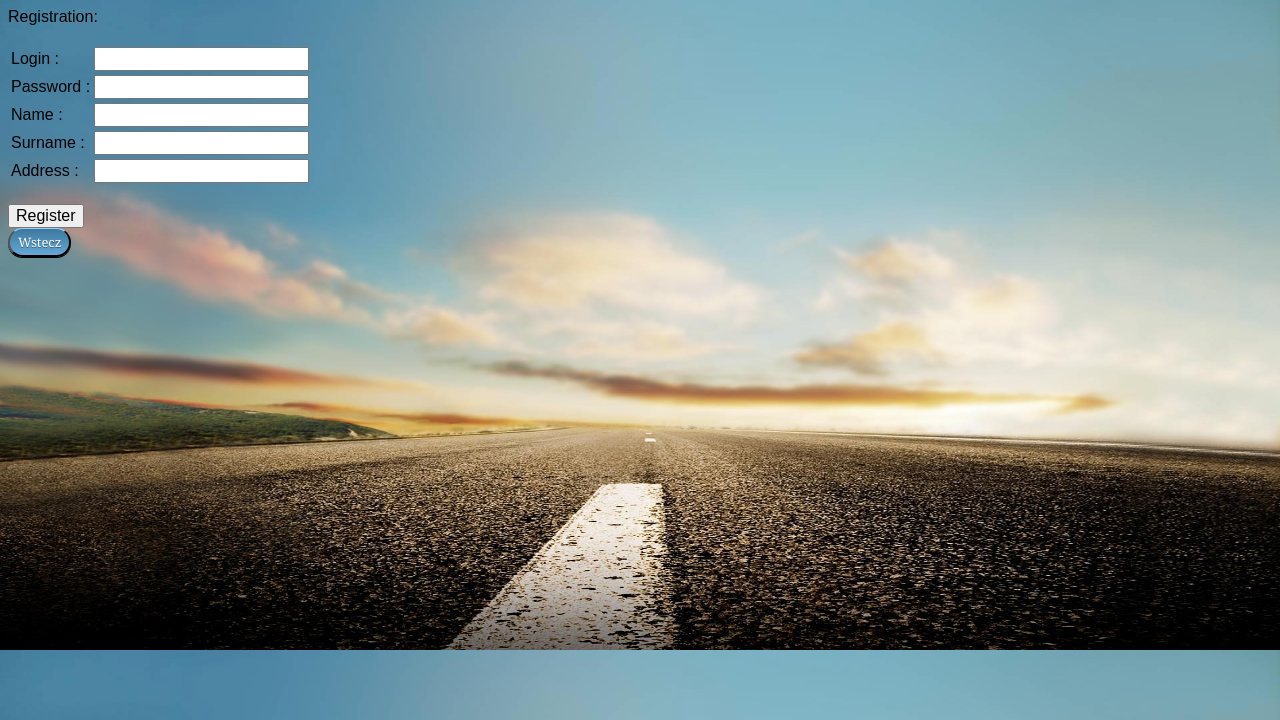
Repository: zlenyk/wrzucak
Page: http://localhost/Shop/registration.html
These files come from the project's save history. The page is drawn as it stood at one moment and after the next save; the edit follows.
The browser window is 1280 px wide. The pictures show the whole page.
The page is served by Tomcat 9.

Above is the page before, as saved 2013-09-25 12:10:36.

After the next save:
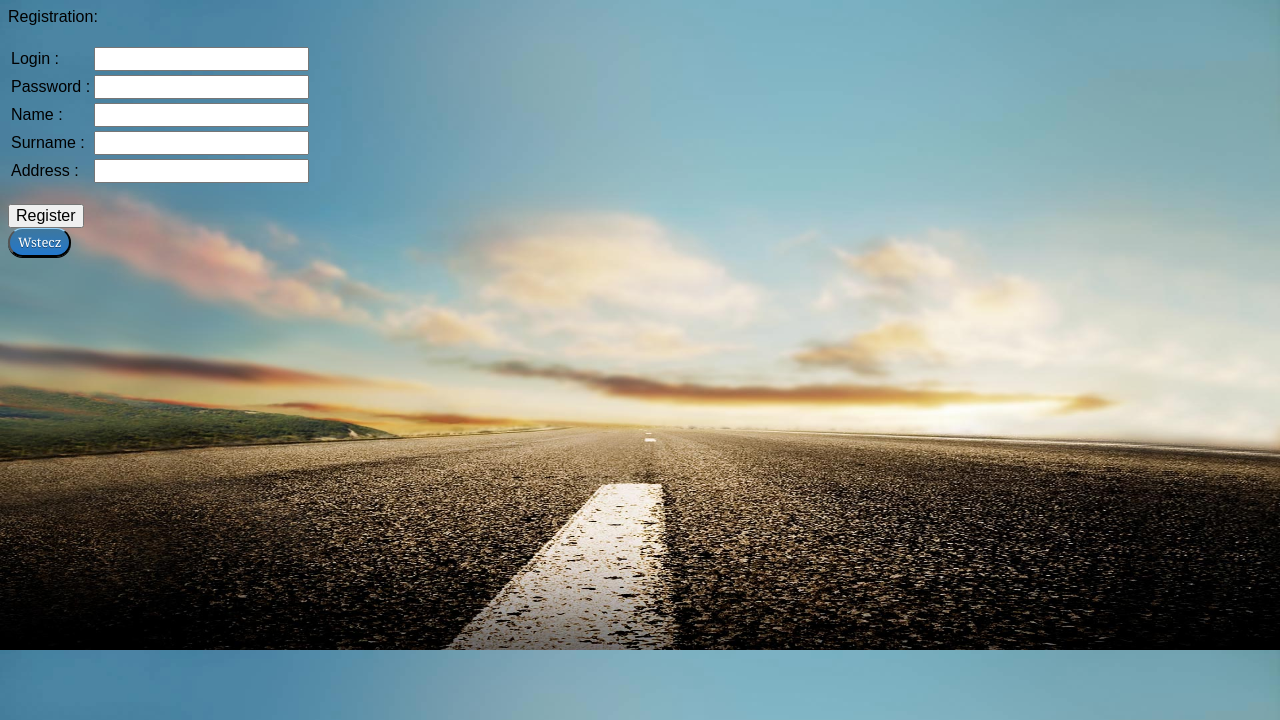
Saved 2 min 45 s later.
--- a/Shop/WebContent/style.css
+++ b/Shop/WebContent/style.css
@@ -38,12 +38,12 @@ textarea {
 
 .button {
    border-top: 1px solid #96d1f8;
-   background: #65a9d7;
-   background: -webkit-gradient(linear, left top, left bottom, from(#3e779d), to(#65a9d7));
-   background: -webkit-linear-gradient(top, #3e779d, #65a9d7);
-   background: -moz-linear-gradient(top, #3e779d, #65a9d7);
-   background: -ms-linear-gradient(top, #3e779d, #65a9d7);
-   background: -o-linear-gradient(top, #3e779d, #65a9d7);
+   background: #27c;
+   background: -webkit-gradient(linear, left top, left bottom, from(#3e779d), to(#27c));
+   background: -webkit-linear-gradient(top, #3e779d, #27c);
+   background: -moz-linear-gradient(top, #3e779d, #27c);
+   background: -ms-linear-gradient(top, #3e779d, #27c);
+   background: -o-linear-gradient(top, #3e779d, #27c);
    padding: 4px 8px;
    -webkit-border-radius: 40px;
    -moz-border-radius: 40px;
